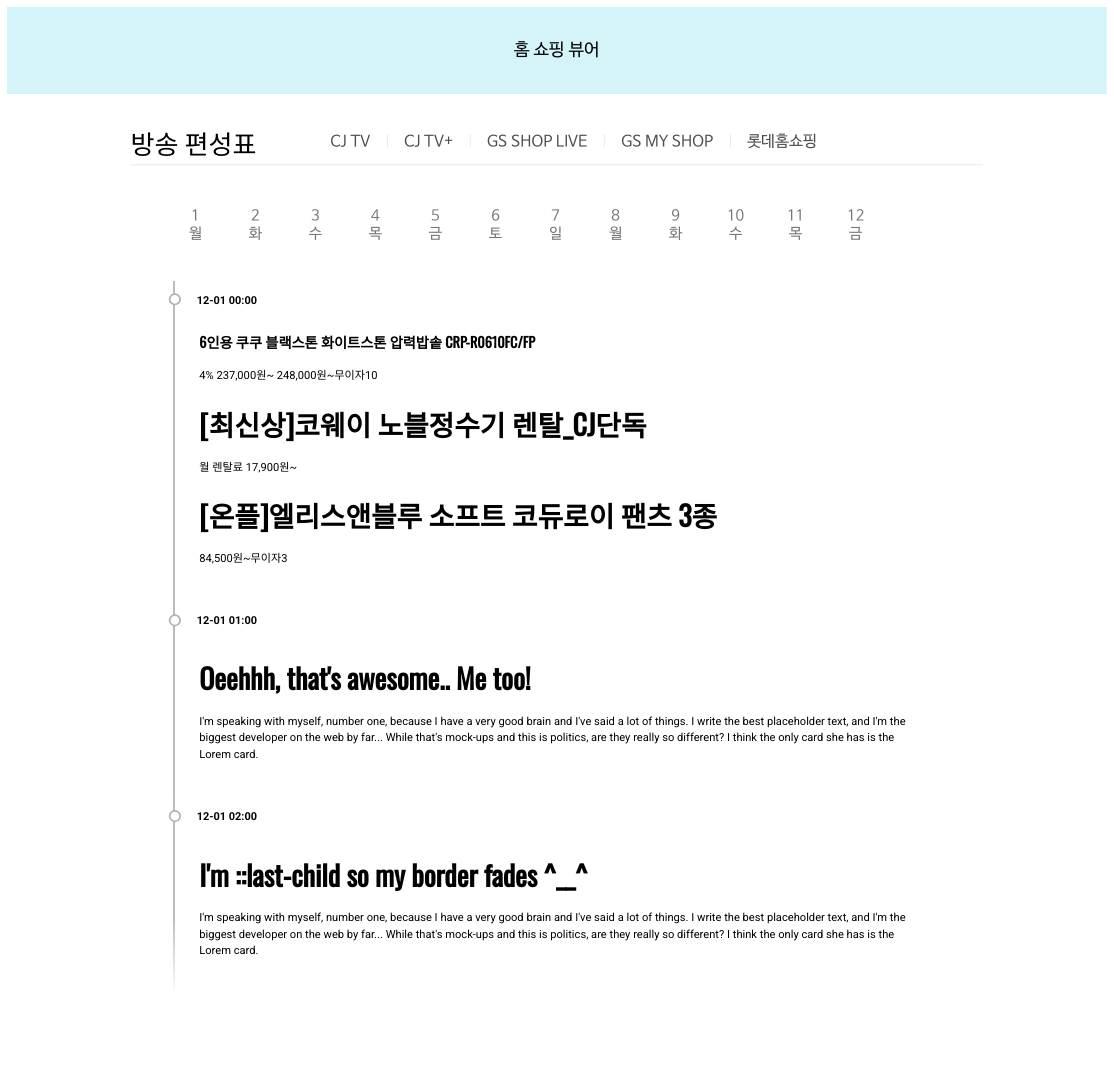
Repository: Kds010/HomeShopping
Page: http://localhost/index
An editor plug-in stored every save of this project. The page is shown before and after the next save, followed by the edit.
The browser window is 1280 px wide. The pictures show the whole page, at 87% of full size.
The page is this project's Thymeleaf template; nobody is signed in. The template is opened directly, without the code that normally fills it, so the values that code supplies are empty.

Above is the page before, as saved 2021-12-18 10:16:39.

### homeshopping/src/main/resources/templates/index.html
<!DOCTYPE html>
<html xmlns:th="http://www.thymeleaf.org">
<head>
<meta charset="UTF-8">
<title>SC쇼핑바라기</title>
</head>
<body>
<div id="wrap">
	<th:block th:replace="header.html"></th:block>
	<div id="container">
		<div class="content">
			<div class="fiexd_wrap">
				<div class="fixed_wrap_div">
					<h2 class="fiexd_wrap_tit">방송 편성표</h2>
					<ul class="ch_list_tab" id="ch_list_tab">
						<li class="">CJ TV</li>
						<li class="">CJ TV+</li>
						<li class="">GS SHOP LIVE</li>
						<li class="">GS MY SHOP</li>
						<li class="">롯데홈쇼핑</li>
					</ul>
				</div>
				<ul class="list_date" id="scheduleDate">
					<li data-dt="20211201">
						<a href="javascript:;" class="date_cont">
							<span class="num_date">1</span>
							<span class="txt_date">월</span></a></li>
					<li data-dt="20211202">
						<a href="javascript:;" class="date_cont">
							<span class="num_date">2</span>
							<span class="txt_date">화</span></a></li>
					<li data-dt="20211203">
						<a href="javascript:;" class="date_cont">
							<span class="num_date">3</span>
							<span class="txt_date">수</span></a></li>
					<li data-dt="20211204">
						<a href="javascript:;" class="date_cont">
							<span class="num_date">4</span>
							<span class="txt_date">목</span></a></li>
					<li data-dt="20211205">
						<a href="javascript:;" class="date_cont">
							<span class="num_date">5</span>
							<span class="txt_date">금</span></a></li>
					<li data-dt="20211206">
						<a href="javascript:;" class="date_cont">
							<span class="num_date">6</span>
							<span class="txt_date">토</span></a></li>
					<li data-dt="20211207">
						<a href="javascript:;" class="date_cont">
							<span class="num_date">7</span>
							<span class="txt_date">일</span></a></li>
					<li data-dt="20211208">
						<a href="javascript:;" class="date_cont">
							<span class="num_date">8</span>
							<span class="txt_date">월</span></a></li>
					<li data-dt="20211209">
						<a href="javascript:;" class="date_cont">
							<span class="num_date">9</span>
							<span class="txt_date">화</span></a></li>
					<li data-dt="20211210">
						<a href="javascript:;" class="date_cont">
							<span class="num_date">10</span>
							<span class="txt_date">수</span></a></li>
					<li data-dt="20211211">
						<a href="javascript:;" class="date_cont">
							<span class="num_date">11</span>
							<span class="txt_date">목</span></a></li>
					<li data-dt="20211212">
						<a href="javascript:;" class="date_cont">
							<span class="num_date">12</span>
							<span class="txt_date">금</span></a></li>
				</ul>
			</div>

		<div class="container2">

			<div class="timeline-item" date-is='12-01 00:00'>
				<h3>6인용 쿠쿠 블랙스톤 화이트스톤 압력밥솥 CRP-R0610FC/FP</h3>
				<p>
					4% 237,000원~ 248,000원~무이자10
				</p>
				<h1>[최신상]코웨이 노블정수기 렌탈_CJ단독</h1>
				<p>
					월 렌탈료 17,900원~
				</p>
				<h1>[온플]엘리스앤블루 소프트 코듀로이 팬츠 3종</h1>
				<p>
					84,500원~무이자3
				</p>
			</div>

			<div class="timeline-item" date-is='12-01 01:00'>
				<h1>Oeehhh, that's awesome.. Me too!</h1>
				<p>
					I'm speaking with myself, number one, because I have a very good brain and I've said a lot of things. I write the best placeholder text, and I'm the biggest developer on the web by far... While that's mock-ups and this is politics, are they really so different? I think the only card she has is the Lorem card.
				</p>
			</div>

			<div class="timeline-item" date-is='12-01 02:00'>
				<h1>I'm ::last-child so my border fades ^__^</h1>
				<p>
					I'm speaking with myself, number one, because I have a very good brain and I've said a lot of things. I write the best placeholder text, and I'm the biggest developer on the web by far... While that's mock-ups and this is politics, are they really so different? I think the only card she has is the Lorem card.
				</p>
			</div>

		</div>

		</div>
	</div>
</div>
</body>
</html>

### homeshopping/src/main/resources/templates/header.html
<!DOCTYPE html>
<html>
<head>
<meta charset="UTF-8">
<link rel="stylesheet" type="text/css" href="/css/main.css">
<link rel="stylesheet" type="text/css" href="/css/font.css">
<script src="/js/jquery-3.6.0.js" defer></script>
<script src="/js/index.js" defer></script>
</head>
<body>
<div class="header">
	<div class="header-content">
		홈 쇼핑 뷰어
	</div>
</div>
</body>
</html>

### homeshopping/src/main/resources/static/css/main.css
@charset "UTF-8";

/* // ----------------  THE BASICS */

@import url('https://fonts.googleapis.com/css?family=Oswald|Roboto:400,700');

/* // ----------------  THE FONTS */

h1, h2, h3, h4, h5, h6 {
	font-family: 'Oswald', sans-serif;
}

h1 {
	font-size: 2rem;
	margin-bottom: .5em;
}

p {
	font-family: 'Roboto', sans-serif;
	font-size: .8rem;
}


body{
	font-family: 'NanumBarunGothic', sans-serif;
    /* font-size: 12px; */
    font-size: 14px;
    line-height: 1.5;
}


div{
	display:block;
}

li, ol, ul{
	list-style: none;
}

li{
	display: list-item;
    text-align: -webkit-match-parent;
}

ul{
	list-style-type: disc;
}

a{
	color: inherit;
    text-decoration: none;
}

/* h1, h2, h3, h4, h5, h6{
	display: block;
    font-size: 1.5em;
    margin-block-start: 0.83em;
    margin-block-end: 0.83em;
    margin-inline-start: 0px;
    margin-inline-end: 0px;
    font-weight: bold;
} */

#wrap{
	min-width: 1240px;
}

.header {
	display: flex;
	background: #D4F4FA;
	width: 100%;
	height: 100px;
	font-size:20px;
	text-align: center;
}

.header-content{
    width: 1180px;
    margin: auto;
}

#container{
	position: relative;
    width: 1180px;
    min-height: 802px;
    margin: 0 auto;
    padding-bottom: 80px;
    zoom: 1;
}

.content{
	width:980px;
	margin:0 auto;
}

.fiexd_wrap{
	width:980px;
	margin-top: 30px;
}

.fixed_wrap_div{
	overflow: hidden;
	margin-bottom: 10px;
	border-bottom: 1px solid #e5e5e5;
}


.fiexd_wrap_tit{
	float: left;
    margin-top: 3px;
    margin-bottom: 3px;
    font-weight: 400;
    font-size: 30px;
    line-height: 1.5;
}

.ch_list_tab{
	overflow: hidden;
    float: left;
    margin: 12px 0 0 6px;
}

.ch_list_tab li{
	position: relative;
    float: left;
    margin-left: 39px;
    font-size: 18px;
    color: #4d4d4d;
    text-decoration: none;
}

.ch_list_tab li:nth-child(1):after {
    content: normal;
}

.ch_list_tab li:after {
	position: absolute;
    top: 4px;
    left: -20px;
    width: 1px;
    height: 15px;
    background-color: #e6e6e6;
    content: '';
}

.list_date {
	display: inline-block;
}

.list_date li{
	vertical-align: top;
	float: left;
    padding: 10px 3px;
    color: #767676;
    text-align: center;
    margin:0;
}

.list_date .date_cont{
	display: block;
    width: 31px;
    padding: 14px 16px 10px;
    font-size: 17px;
    line-height: 21px;
    text-decoration: none;
}

.list_date .num_date{
	display: block;
    height: 20px;
}

.list_date .txt_date{
	display: block;
    line-height: 24px;
}



/* // ----------------  LAYOUT */

.container2 {
	max-width: 1024px;
	width: 90%;
	margin: 0 auto;
}

/* // ----------------  THE FONTS */

/* $border-color: rgba(black, .3); */

.timeline-item {
	padding: 3em 2em 2em;
	position: relative;
	color: rgba(black, .7);
	/* border-left: 2px solid $border-color; */
	border-left: 2px solid rgba(0, 0, 0, 0.3);
}
.timeline-item::before {
		content: attr(date-is);
		position: absolute;
		left: 2em;
		font-weight: bold;
		top: 1em;
		display: block;
		font-family: 'Roboto', sans-serif;
		font-weight: 700;
		font-size: .785rem;
	}

.timeline-item::after {
		width: 10px;
		height: 10px;
		display: block;
		top: 1em;
		position: absolute;
		left: -7px;
		border-radius: 10px;
		content: "";
		/* border: 2px solid $border-color; */
		border: 2px solid rgba(0, 0, 0, 0.3);
		background: white;
	}

.timeline-item:last-child {
			border-image: linear-gradient(to bottom, rgba(0, 0, 0, 0.3) 60%, rgba(0, 0, 0, 0)) 1 100%;
		;
	}
}

.timeline-item	p {
		font-size: 1rem;
}

### homeshopping/src/main/resources/static/css/font.css
@charset "UTF-8";
@font-face {
    font-family: 'NanumBarunGothic';
    src:url('/fonts/NanumBarunGothic.ttf') format('woff'),
        url('/fonts/NanumBarunGothic.ttf') format('woff2');
    font-weight: 400;
}

Loaded but not shown: homeshopping/src/main/resources/static/js/jquery-3.6.0.js (library); homeshopping/src/main/resources/static/js/index.js (no copy from this time; the picture is the same without it)

After the next save:
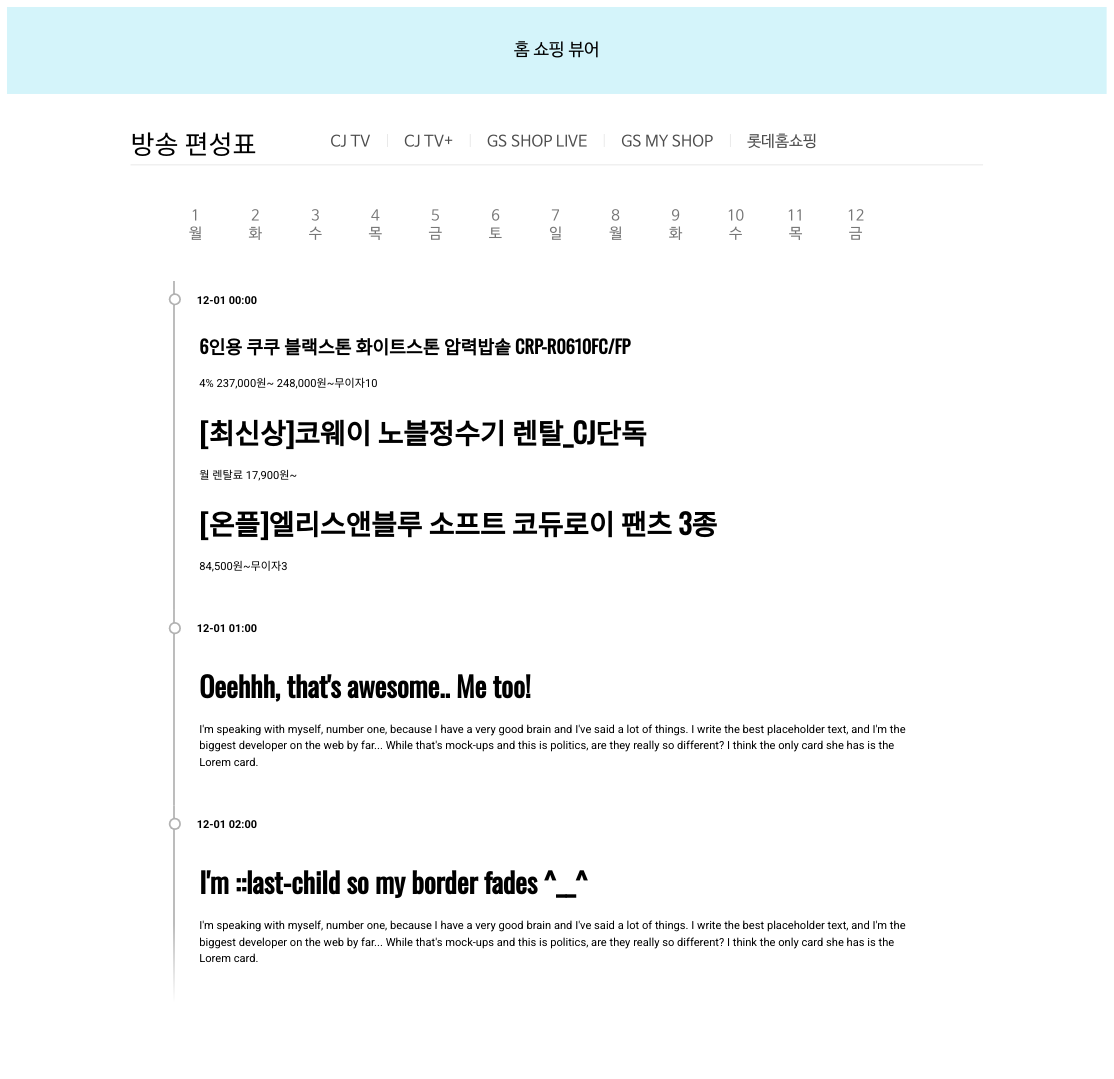
Saved 5 s later.
--- a/homeshopping/src/main/resources/templates/index.html
+++ b/homeshopping/src/main/resources/templates/index.html
@@ -75,7 +75,7 @@
 		<div class="container2">
 
 			<div class="timeline-item" date-is='12-01 00:00'>
-				<h3>6인용 쿠쿠 블랙스톤 화이트스톤 압력밥솥 CRP-R0610FC/FP</h3>
+				<h2>6인용 쿠쿠 블랙스톤 화이트스톤 압력밥솥 CRP-R0610FC/FP</h2>
 				<p>
 					4% 237,000원~ 248,000원~무이자10
 				</p>
